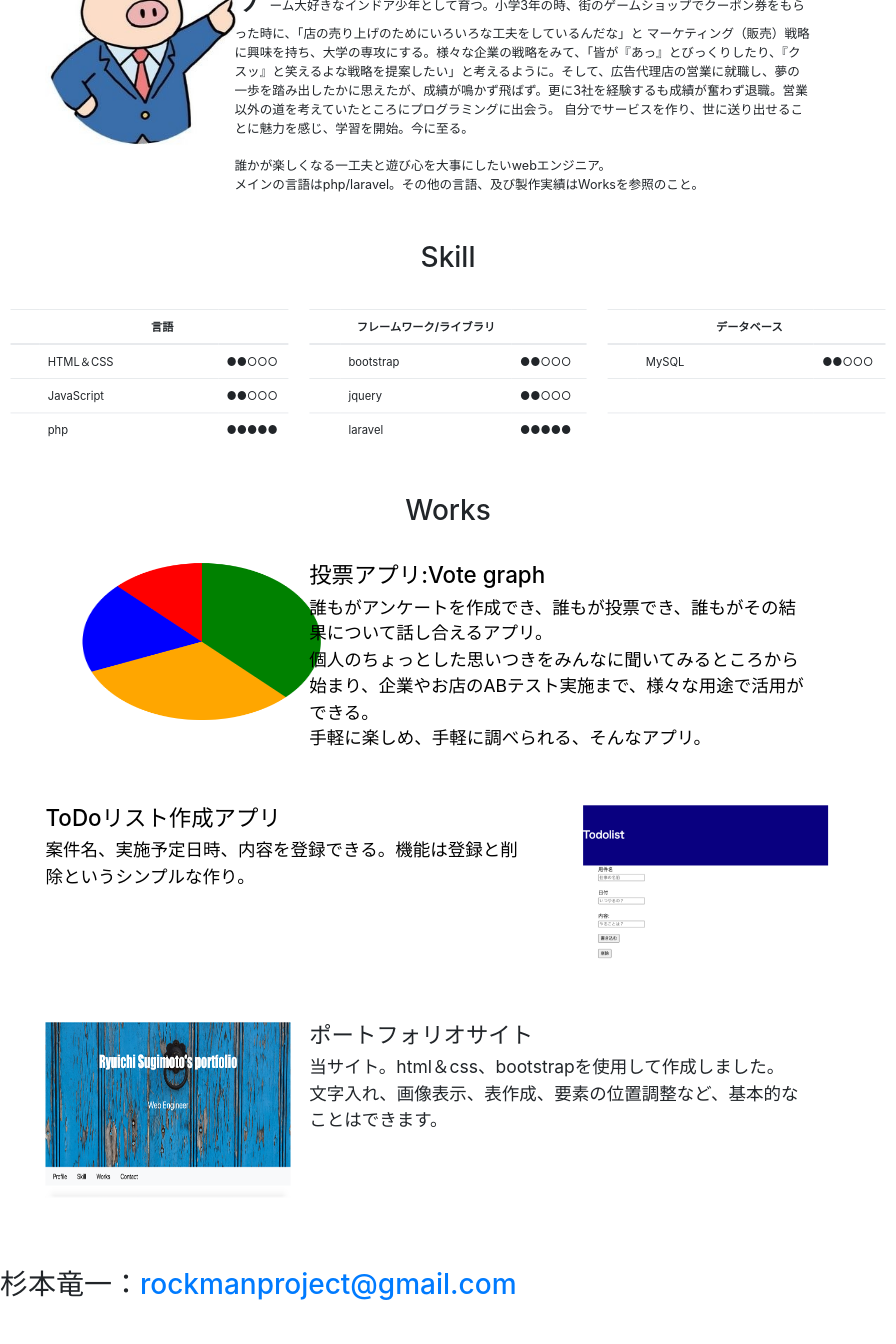
Repository: Ryuichi-sugimoto1119/self-introduction
Page: index.html
The author's editor kept a record of every edit. The page is drawn from the files as they stood at one moment, then again after the next edit.
The browser window is 1280 px wide. The pictures show the part of the page from y = 968 to 2888 px (the page is 2888 px tall), at 70% of full size.
Some web libraries are served in a nearby version.

Above is the page before.

After the next edit:
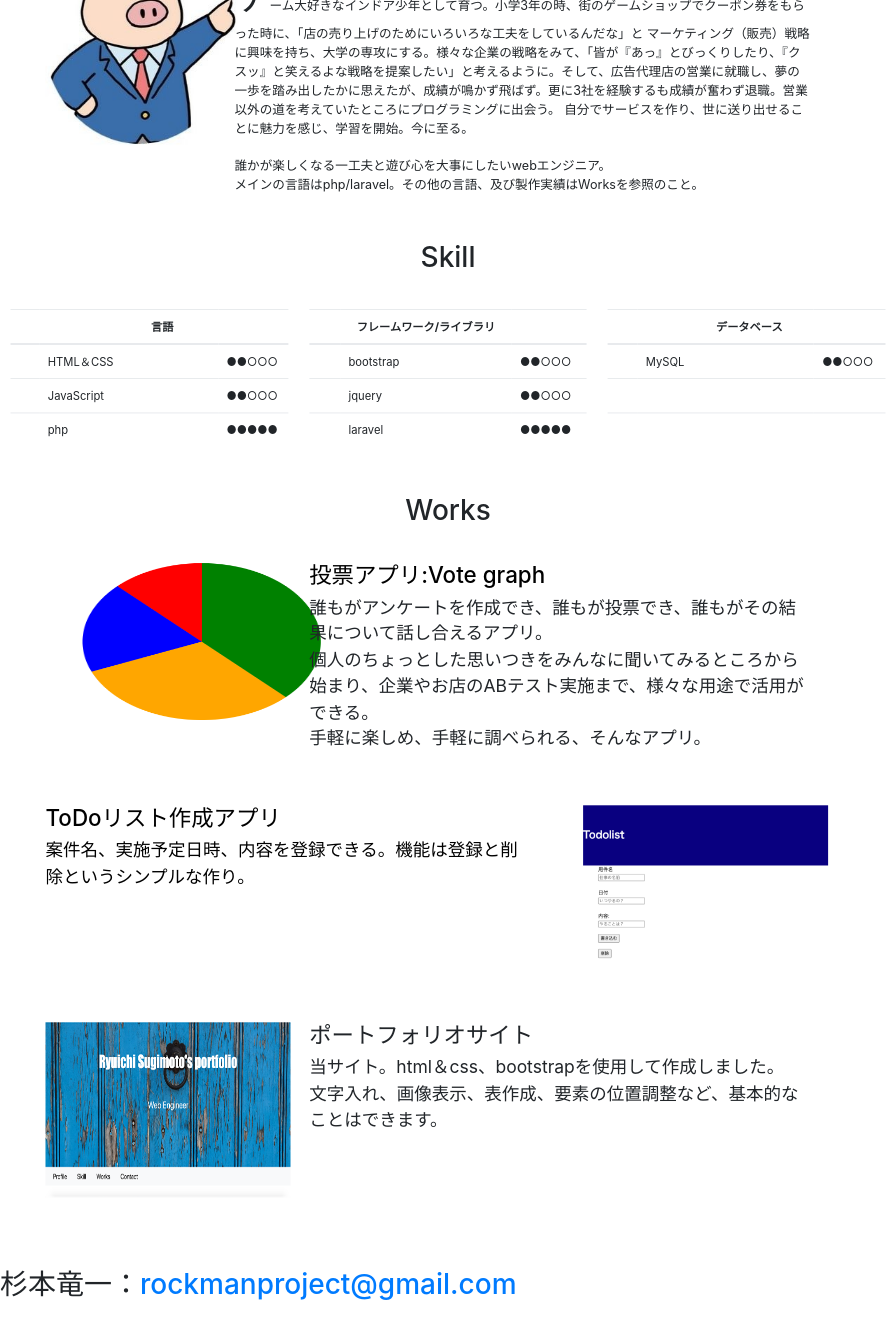
The edit:
--- a/index.html
+++ b/index.html
@@ -178,7 +178,7 @@
 
             <div class="col-sm-12 col-lg-7">
                <h2>投票アプリ:Vote graph</h2>
-                <p class="font-weight-normal"> 誰もがアンケートを作成でき、誰もが投票でき、誰もがその結果について話し合えるアプリ。<br>
+                <p class="text-body">誰もがアンケートを作成でき、誰もが投票でき、誰もがその結果について話し合えるアプリ。<br>
                     個人のちょっとした思いつきをみんなに聞いてみるところから始まり、企業やお店のABテスト実施まで、様々な用途で活用ができる。<br>
                     手軽に楽しめ、手軽に調べられる、そんなアプリ。
                 </p>
